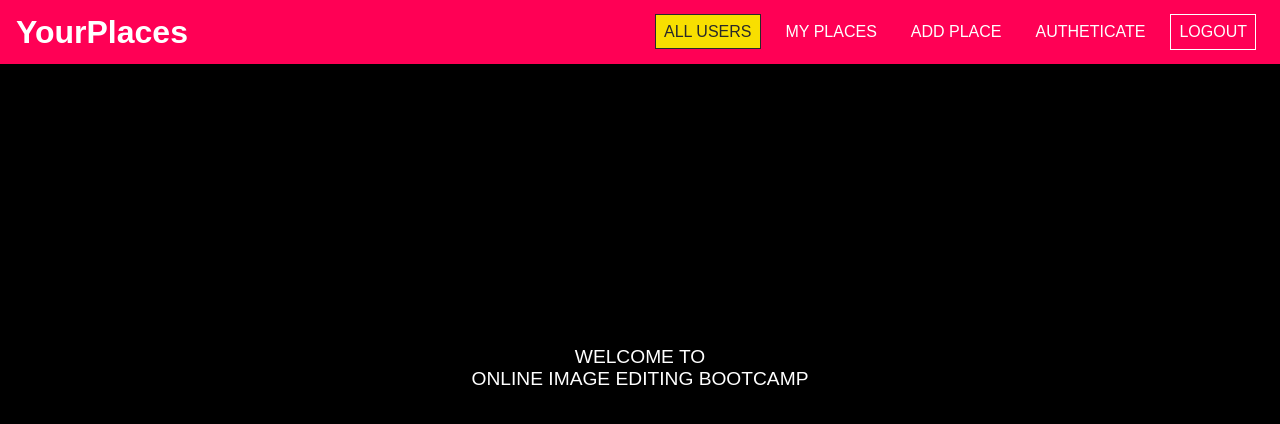
Repository: TanviSanyal/ImageEditingBootcamp
Page: /
An editor plug-in stored every save of this project. The page is shown before and after the next save, followed by the edit.
The browser window is 1280 px wide. The pictures show the whole page.
The project was rebuilt for these pictures with package versions that can differ from the ones it lists, and the page was loaded fresh each time. Also part of the build but not shown: src/shared/components/navigation/SideDrawer.css, src/shared/components/UIElements/Backdrop.css, src/shared/components/UIElements/Backdrop.js.

Above is the page before, as saved 2020-09-26 22:54:54.

### public/index.html
<!DOCTYPE html>
<html lang="en">
  <head>
    <meta charset="utf-8" />
    <link rel="icon" href="%PUBLIC_URL%/favicon.ico" />
    <meta name="viewport" content="width=device-width, initial-scale=1" />
    <meta name="theme-color" content="#000000" />
    <meta
      name="description"
      content="Web site created using create-react-app"
    />
    <link rel="apple-touch-icon" href="%PUBLIC_URL%/logo192.png" />
    <link rel="manifest" href="%PUBLIC_URL%/manifest.json" />
    <title>React App</title>
  </head>
  <body>
    <noscript>You need to enable JavaScript to run this app.</noscript>
    <div id="backdrop-hook"></div>
    <div id="modal-hook"></div>
    <div id="drawer-hook"></div>
    <div id="root"></div>
  </body>
</html>

### src/index.css
@import url('https://fonts.googleapis.com/css?family=Open+Sans:400,700&display=swap');

* {
  box-sizing: border-box;
}

html {
  font-family:Arial, Helvetica, sans-serif;
	font-weight:normal;
}

body {
  margin: 0;
  background: black;
}

### src/App.js
import React from 'react';
import {
  BrowserRouter as Router,
  Route,
  Redirect,
  Switch
} from 'react-router-dom';
import './App.css'
import MainNavigation from '../src/shared/components/navigation/MainNavigation';


const App = () => {

  // <Switch>
  //   <Route path="/" exact>
  //     {/* <Users /> */}
  //   </Route>
  //   <Route path="/:userId/places" exact>
  //     {/* <UserPlaces /> */}
  //   </Route>
  //   <Route path="/places/new" exact>
  //     {/* <NewPlace /> */}
  //   </Route>
  //   <Route path='/places/:placeId'>
  //     {/* <UpdatePlace /> */}
  //   </Route>
  //   <Redirect to="/" />
  // </Switch>

  return (
    <Router>
      <MainNavigation />
      <main className="main-body">
        <span className="text1">welcome to</span>
        <span className="text1"> Online Image Editing Bootcamp</span>
      </main>
    </Router>
  );
};

export default App;

### src/App.css
.main-body span{
  color: white;
  text-transform: uppercase;
  display: block;
}
.main-body{
  text-align: center;
  position: absolute;
  top: 40%;
  left:50%;
  transform: translate(-50%,-50%);
}

span{
  color: white;
  font-size: 120%;
}

### src/shared/components/navigation/MainNavigation.js
import React, { useState } from 'react';
import { Link } from 'react-router-dom';

import MainHeader from './MainHeader';
import NavLinks from './NavLinks';
import SideDrawer from './SideDrawer';
import Backdrop from '../UIElements/Backdrop';
import './MainNavigation.css';

const MainNavigation = props => {
  const [drawerIsOpen, setDrawerIsOpen] = useState(false);

  const openDrawerHandler = () => {
    setDrawerIsOpen(true);
  };

  const closeDrawerHandler = () => {
    setDrawerIsOpen(false);
  };

  return (
    <React.Fragment>
      {drawerIsOpen && <Backdrop onClick={closeDrawerHandler} />}
      <SideDrawer show={drawerIsOpen} onClick={closeDrawerHandler}>
        <nav className="main-navigation__drawer-nav">
          <NavLinks />
        </nav>
      </SideDrawer>

      <MainHeader>
        <button className="main-navigation__menu-btn" onClick={openDrawerHandler}>
          <span />
          <span />
          <span />
        </button>
        <h1 className="main-navigation__title">
          <Link to="/">YourPlaces</Link>
        </h1>
        <nav className="main-navigation__header-nav">
          <NavLinks />
        </nav>
      </MainHeader>
    </React.Fragment>
  );
};

export default MainNavigation;

### src/shared/components/navigation/MainHeader.js
import React from 'react';

import './MainHeader.css';

const MainHeader = props => {
  return <header className="main-header">{props.children}</header>;
};

export default MainHeader;

### src/shared/components/navigation/NavLinks.js
import React,{useContext} from 'react';
import './NavLinks.css';
import {NavLink} from 'react-router-dom';
// import {AuthContext} from '../../context/auth-context';

const NavLinks = props => {

    // const auth = useContext(AuthContext);
    return(
        <ul className="nav-links">
            <li>
                <NavLink to="/" exact>ALL USERS</NavLink>
            </li>
           <li>
                <NavLink to="/u1/places">MY PLACES</NavLink>
            </li>
           <li>
                <NavLink to="/places/new">ADD PLACE</NavLink>
            </li>
            <li>
                <NavLink to="/auth">AUTHETICATE</NavLink>
            </li>
             <li><button >LOGOUT</button></li>
        </ul>
    );
};

export default NavLinks;

### src/shared/components/navigation/MainNavigation.css
.main-navigation__menu-btn {
    width: 3rem;
    height: 3rem;
    background: transparent;
    border: none;
    display: flex;
    flex-direction: column;
    justify-content: space-around;
    margin-right: 2rem;
    cursor: pointer;
  }

  .main-navigation__menu-btn span {
    display: block;
    width: 3rem;
    height: 2.5px;
    background: white;
  }

  .main-navigation__title {
    color: white;
  }

  .main-navigation__title a {
    text-decoration: none;
    color: white;
  }

  .main-navigation__header-nav {
    display: none;
  }

  .main-navigation__drawer-nav {
    height: 100%;
  }

  @media (min-width: 768px) {
    .main-navigation__menu-btn {
      display: none;
    }

    .main-navigation__header-nav {
      display: block;
    }
  }

### src/shared/components/navigation/NavLinks.css
.nav-links {
    list-style: none;
    margin: 0;
    padding: 0;
    width: 100%;
    height: 100%;
    display: flex;
    flex-direction: column;
    justify-content: center;
    align-items: center;
  }

  .nav-links li {
    margin: 1rem;
  }

  .nav-links a {
    border: 1px solid transparent;
    color: #292929;
    text-decoration: none;
    padding: 0.5rem;
  }

  .nav-links a:hover,
  .nav-links a:active,
  .nav-links a.active {
    background: #f8df00;
    border-color: #292929;
    color: #292929;
  }

  .nav-links button {
    cursor: pointer;
    border: 1px solid #292929;
    color: #292929;
    background: transparent;
    padding: 0.5rem;
    font: inherit;
  }

  .nav-links button:focus {
    outline: none;
  }

  .nav-links button:hover,
  .nav-links button:active {
    background: #292929;
    color: white;
  }

  @media (min-width: 768px) {
    .nav-links {
      flex-direction: row;
    }

    .nav-links li {
      margin: 0 0.5rem;
    }

    .nav-links a {
      color: white;
      text-decoration: none;
    }

    .nav-links button {
      border: 1px solid white;
      color: white;
      background: transparent;
    }

    .nav-links button:hover,
    .nav-links button:active {
      background: #f8df00;
      color: #292929;
    }
  }

Loaded but not shown: src/index.js (common file); src/shared/components/navigation/SideDrawer.js (common file); src/shared/components/navigation/MainHeader.css (common file)

After the next save:
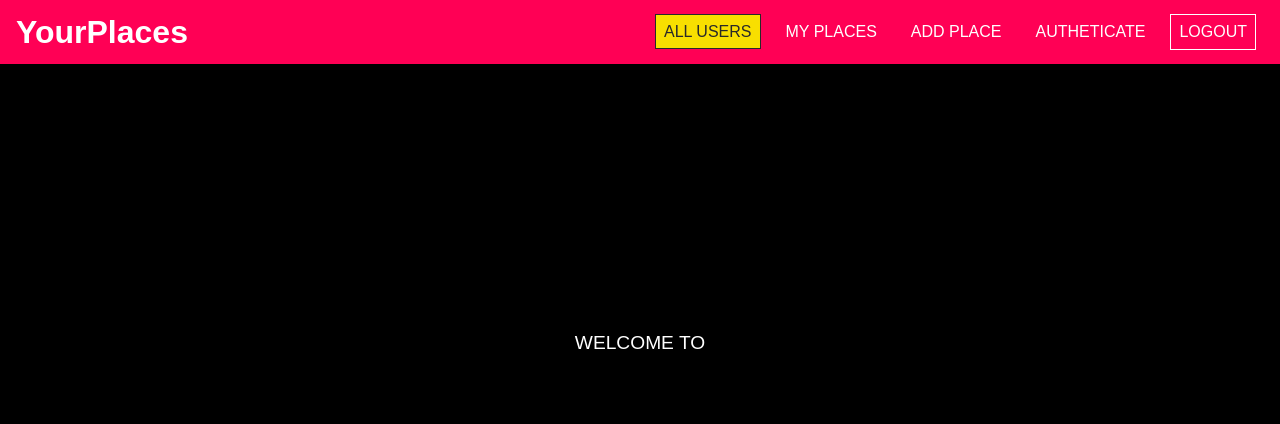
Saved 31 s later.
--- a/src/App.js
+++ b/src/App.js
@@ -32,7 +32,7 @@ const App = () => {
       <MainNavigation />
       <main className="main-body">
         <span className="text1">welcome to</span>
-        <span className="text1"> Online Image Editing Bootcamp</span>
+        <p className="text1"> Online Image Editing Bootcamp</p>
       </main>
     </Router>
   );
